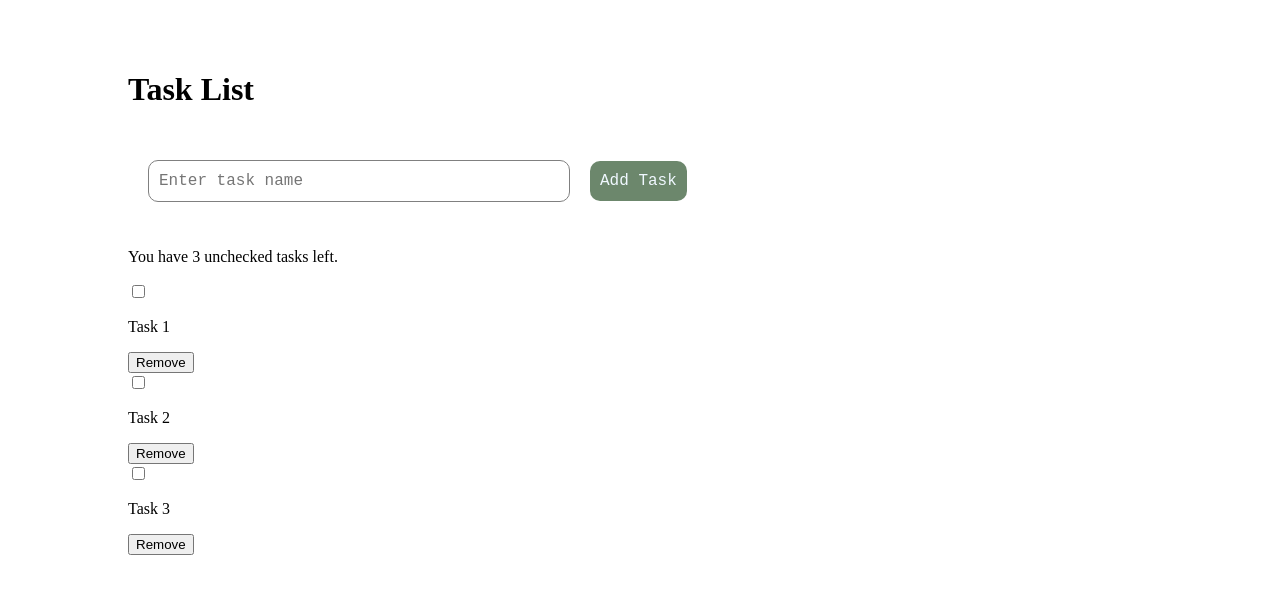
Repository: SandyLy453/task-list
Page: /
An editor plug-in stored every save of this project. The page is shown before and after the next save, followed by the edit.
The browser window is 1280 px wide. The pictures show the whole page.
The project was rebuilt for these pictures with package versions that can differ from the ones it lists, and the page was loaded fresh each time. Also part of the build but not shown: vite.config.js.

Above is the page before, as saved 2024-10-11 15:22:39.

### src/App.jsx
import { useState } from 'react';
import Task from './components/Task';
import TaskForm from './components/TaskForm';

function App() {
  const [tasks, setTasks] = useState([
    { name: 'Task 1', checked: false },
    { name: 'Task 2', checked: false },
    { name: 'Task 3', checked: false }
  ]);

  // Function to calculate the number of unchecked tasks
  const getUncheckedCount = () => {
    return tasks.filter((task) => !task.checked).length;
  };

  // Function to add a new task
  const addTask = (taskName) => {
    setTasks([...tasks, { name: taskName, checked: false }]); // New tasks are unchecked by default
  };

  // Function to remove a task
  const removeTask = (taskName) => {
    setTasks(tasks.filter((task) => task.name !== taskName));
  };

  // Function to toggle the task status
  const toggleTaskStatus = (taskName) => {
    const updatedTasks = tasks.map((task) =>
      task.name === taskName ? { ...task, checked: !task.checked } : task
    );
    setTasks(updatedTasks); // Update the task's checked status in the parent state
  };

  return (
    <>
      <div className="container">
        <h1>Task List</h1>
        <TaskForm addTask={addTask} />
        <p>You have {getUncheckedCount()} unchecked tasks left.</p>
        <div>
          {tasks.map((task, index) => (
            <Task
              key={index}
              name={task.name}
              checked={task.checked}
              toggleTaskStatus={toggleTaskStatus}
              removeTask={removeTask}
            />
          ))}
        </div>
      </div>
    </>
  );
}

export default App;

### src/index.css
.container {
  padding: 20px;
  margin: 30px 100px;
}

.inputBox {
  padding: 10px 0 10px 0;
}

.input {
  height: 20px;
  width: 400px;
  padding: 10px;
  font-size: 16px;
  font-family: monospace;
  margin: 20px;
  border-radius: 10px;
  border: 1px solid gray;
}

.sm-btn{
  height: 40px;
  padding: 10px;
  font-size: 16px;
  font-family: monospace;
  background-color: rgb(108, 135, 108);
  color: aliceblue;
  border: none;
  border-radius: 10px;
}

.sm-btn:hover {
  background-color: rgb(84, 103, 84);
}

### src/components/Task.jsx
import { useRef, useEffect } from "react";

export default function Task({ name, checked, removeTask, toggleTaskStatus }) {
  const checkboxRef = useRef(null);
  const taskNameRef = useRef(null);

  useEffect(() => {
    const checkbox = checkboxRef.current;
    const crossText = taskNameRef.current;

    // Handle the initial checked state
    if (checked) {
      checkbox.checked = true;
      crossText.style.textDecoration = "line-through";
    } else {
      checkbox.checked = false;
      crossText.style.textDecoration = "none";
    }

    const handleCheckBoxChange = () => {
      toggleTaskStatus(name);
    };

    checkbox.addEventListener("change", handleCheckBoxChange);

    return () => {
      checkbox.removeEventListener("change", handleCheckBoxChange);
    };
  }, [name, checked, toggleTaskStatus]);

  return (
    <>
      <div className="task">
        <label>
          <input type="checkbox" ref={checkboxRef} />
        </label>
        <p ref={taskNameRef}>{name}</p>
        <button className="task-delete" onClick={() => removeTask(name)}>
          Remove
        </button>
      </div>
    </>
  );
}

### src/components/TaskForm.jsx
import { useState } from "react";

export default function TaskForm({ addTask }) {
  const [inputValue, setInputValue] = useState("");

  const handleSubmit = (e) => {
    e.preventDefault();
    if (inputValue.trim() !== "") {
      addTask(inputValue);
      setInputValue(""); // clear the input
    }
  };

  return (
    <form onSubmit={handleSubmit} className="inputBox">
      <input
        type="text"
        value={inputValue}
        onChange={(e) => setInputValue(e.target.value)}
        placeholder="Enter task name"
        className="input"
      />
      <button type="submit" className="sm-btn">Add Task</button>
    </form>
  );
}

Loaded but not shown: index.html (common file); src/main.jsx (common file)

After the next save:
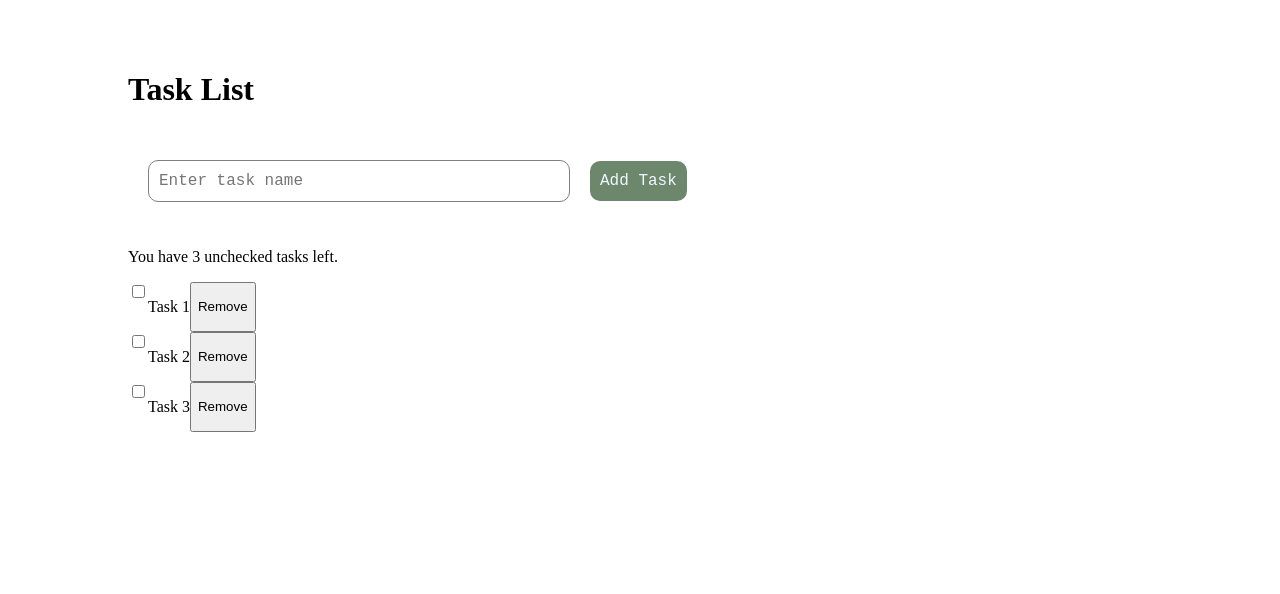
Saved 42 s later.
--- a/src/index.css
+++ b/src/index.css
@@ -32,3 +32,8 @@
 .sm-btn:hover {
   background-color: rgb(84, 103, 84);
 }
+
+.task {
+  display: flex;
+  flex-direction: row;
+}
